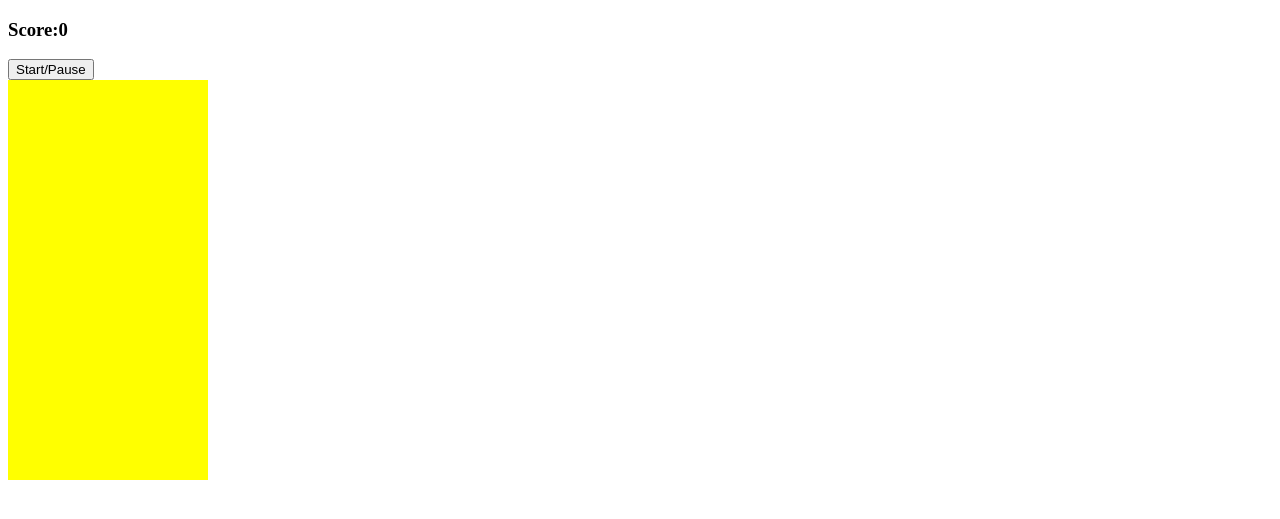
Repository: arkomz/INST377-Lab-Work
Page: client/tetris/index.html
The author's editor kept a copy of each file at every save. The page is drawn from the files as they stood at one save, then again after the next save.
The browser window is 1280 px wide. The pictures show the whole page.

Above is the page before, as saved 2021-10-06 21:32:19.

### client/tetris/index.html
<!DOCTYPE html>
<html lang="en" dir="ltr">
  <head>
    <meta charset="utf-8">
    <script src="script.js" charset="utf-8"></script>
    <link rel="stylesheet" href="style.css"></link>
    <title>Basic Tetris</title>
  </head>
  <body>

    <h3>Score:<span id="score">0</span></h3>
    <button id="start-button">Start/Pause</button>

    <div class="container">
      <div class="grid">
        <div></div>
        <div></div>
        <div></div>
        <div></div>
        <div></div>
        <div></div>
        <div></div>
        <div></div>
        <div></div>
        <div></div>
        <div></div>
        <div></div>
        <div></div>
        <div></div>
        <div></div>
        <div></div>
        <div></div>
        <div></div>
        <div></div>
        <div></div>
        <div></div>
        <div></div>
        <div></div>
        <div></div>
        <div></div>
        <div></div>
        <div></div>
        <div></div>
        <div></div>
        <div></div>
        <div></div>
        <div></div>
        <div></div>
        <div></div>
        <div></div>
        <div></div>
        <div></div>
        <div></div>
        <div></div>
        <div></div>
        <div></div>
        <div></div>
        <div></div>
        <div></div>
        <div></div>
        <div></div>
        <div></div>
        <div></div>
        <div></div>
        <div></div>
        <div></div>
        <div></div>
        <div></div>
        <div></div>
        <div></div>
        <div></div>
        <div></div>
        <div></div>
        <div></div>
        <div></div>
        <div></div>
        <div></div>
        <div></div>
        <div></div>
        <div></div>
        <div></div>
        <div></div>
        <div></div>
        <div></div>
        <div></div>
        <div></div>
        <div></div>
        <div></div>
        <div></div>
        <div></div>
        <div></div>
        <div></div>
        <div></div>
        <div></div>
        <div></div>
        <div></div>
        <div></div>
        <div></div>
        <div></div>
        <div></div>
        <div></div>
        <div></div>
        <div></div>
        <div></div>
        <div></div>
        <div></div>
        <div></div>
        <div></div>
        <div></div>
        <div></div>
        <div></div>
        <div></div>
        <div></div>
        <div></div>
        <div></div>
        <div></div>
        <div></div>
        <div></div>
        <div></div>
        <div></div>
        <div></div>
        <div></div>
        <div></div>
        <div></div>
        <div></div>
        <div></div>
        <div></div>
        <div></div>
        <div></div>
        <div></div>
        <div></div>
        <div></div>
        <div></div>
        <div></div>
        <div></div>
        <div></div>
        <div></div>
        <div></div>
        <div></div>
        <div></div>
        <div></div>
        <div></div>
        <div></div>
        <div></div>
        <div></div>
        <div></div>
        <div></div>
        <div></div>
        <div></div>
        <div></div>
        <div></div>
        <div></div>
        <div></div>
        <div></div>
        <div></div>
        <div></div>
        <div></div>
        <div></div>
        <div></div>
        <div></div>
        <div></div>
        <div></div>
        <div></div>
        <div></div>
        <div></div>
        <div></div>
        <div></div>
        <div></div>
        <div></div>
        <div></div>
        <div></div>
        <div></div>
        <div></div>
        <div></div>
        <div></div>
        <div></div>
        <div></div>
        <div></div>
        <div></div>
        <div></div>
        <div></div>
        <div></div>
        <div></div>
        <div></div>
        <div></div>
        <div></div>
        <div></div>
        <div></div>
        <div></div>
        <div></div>
        <div></div>
        <div></div>
        <div></div>
        <div></div>
        <div></div>
        <div></div>
        <div></div>
        <div></div>
        <div></div>
        <div></div>
        <div></div>
        <div></div>
        <div></div>
        <div></div>
        <div></div>
        <div></div>
        <div></div>
        <div></div>
        <div></div>
        <div></div>
        <div></div>
        <div></div>
        <div></div>
        <div></div>
        <div></div>
        <div class="taken"></div>
        <div class="taken"></div>
        <div class="taken"></div>
        <div class="taken"></div>
        <div class="taken"></div>
        <div class="taken"></div>
        <div class="taken"></div>
        <div class="taken"></div>
        <div class="taken"></div>
        <div class="taken"></div>
      </div>


      <div class="mini-grid">
        <div></div>
        <div></div>
        <div></div>
        <div></div>
        <div></div>
        <div></div>
        <div></div>
        <div></div>
        <div></div>
        <div></div>
        <div></div>
        <div></div>
        <div></div>
        <div></div>
        <div></div>
        <div></div>
      </div>


    </div>



  </body>
</html>

### client/tetris/script.js
document.addEventListener('DOMContentLoaded', () => {
    const grid = document.querySelector('.grid')
    let squares = Array.from(document.querySelectorAll('.grid div'))
    const scoreDisplay = document.querySelector('#score')
    const startBtn = document.querySelector('#start-button')
    const width = 10
    let nextRandom = 0
    let timerId
    let score = 0
    const colors = [
      'orange',
      'red',
      'purple',
      'green',
      'blue'
    ]


    const lTetromino = [
      [1, width+1, width*2+1, 2],
      [width, width+1, width+2, width*2+2],
      [1, width+1, width*2+1, width*2],
      [width, width*2, width*2+1, width*2+2]
    ]

    const zTetromino = [
      [0,width,width+1,width*2+1],
      [width+1, width+2,width*2,width*2+1],
      [0,width,width+1,width*2+1],
      [width+1, width+2,width*2,width*2+1]
    ]

    const tTetromino = [
      [1,width,width+1,width+2],
      [1,width+1,width+2,width*2+1],
      [width,width+1,width+2,width*2+1],
      [1,width,width+1,width*2+1]
    ]

    const oTetromino = [
      [0,1,width,width+1],
      [0,1,width,width+1],
      [0,1,width,width+1],
      [0,1,width,width+1]
    ]

    const iTetromino = [
      [1,width+1,width*2+1,width*3+1],
      [width,width+1,width+2,width+3],
      [1,width+1,width*2+1,width*3+1],
      [width,width+1,width+2,width+3]
    ]

    const theTetrominoes = [lTetromino, zTetromino, tTetromino, oTetromino, iTetromino]

    let currentPosition = 4
    let currentRotation = 0

    console.log(theTetrominoes[0][0])


    let random = Math.floor(Math.random()*theTetrominoes.length)
    let current = theTetrominoes[random][currentRotation]


    function draw() {
      current.forEach(index => {
        squares[currentPosition + index].classList.add('tetromino')
        squares[currentPosition + index].style.backgroundColor = colors[random]
      })
    }


    function undraw() {
      current.forEach(index => {
        squares[currentPosition + index].classList.remove('tetromino')
        squares[currentPosition + index].style.backgroundColor = ''

      })
    }


    function control(e) {
      if(e.keyCode === 37) {
        moveLeft()
      } else if (e.keyCode === 38) {
        rotate()
      } else if (e.keyCode === 39) {
        moveRight()
      } else if (e.keyCode === 40) {
        moveDown()
      }
    }
    document.addEventListener('keyup', control)


    function moveDown() {
      undraw()
      currentPosition += width
      draw()
      freeze()
    }


    function freeze() {
      if(current.some(index => squares[currentPosition + index + width].classList.contains('taken'))) {
        current.forEach(index => squares[currentPosition + index].classList.add('taken'))

        random = nextRandom
        nextRandom = Math.floor(Math.random() * theTetrominoes.length)
        current = theTetrominoes[random][currentRotation]
        currentPosition = 4
        draw()
        displayShape()
        addScore()
        gameOver()
      }
    }


    function moveLeft() {
      undraw()
      const isAtLeftEdge = current.some(index => (currentPosition + index) % width === 0)
      if(!isAtLeftEdge) currentPosition -=1
      if(current.some(index => squares[currentPosition + index].classList.contains('taken'))) {
        currentPosition +=1
      }
      draw()
    }


    function moveRight() {
      undraw()
      const isAtRightEdge = current.some(index => (currentPosition + index) % width === width -1)
      if(!isAtRightEdge) currentPosition +=1
      if(current.some(index => squares[currentPosition + index].classList.contains('taken'))) {
        currentPosition -=1
      }
      draw()
    }



    function isAtRight() {
      return current.some(index=> (currentPosition + index + 1) % width === 0)
    }

    function isAtLeft() {
      return current.some(index=> (currentPosition + index) % width === 0)
    }

    function checkRotatedPosition(P){
      P = P || currentPosition
      if ((P+1) % width < 4) {
        if (isAtRight()){
          currentPosition += 1
          checkRotatedPosition(P)
          }
      }
      else if (P % width > 5) {
        if (isAtLeft()){
          currentPosition -= 1
        checkRotatedPosition(P)
        }
      }
    }

    //rotate the tetromino
    function rotate() {
      undraw()
      currentRotation ++
      if(currentRotation === current.length) {
        currentRotation = 0
      }
      current = theTetrominoes[random][currentRotation]
      checkRotatedPosition()
      draw()
    }
    /////////




    const displaySquares = document.querySelectorAll('.mini-grid div')
    const displayWidth = 4
    const displayIndex = 0



    const upNextTetrominoes = [
      [1, displayWidth+1, displayWidth*2+1, 2],
      [0, displayWidth, displayWidth+1, displayWidth*2+1],
      [1, displayWidth, displayWidth+1, displayWidth+2],
      [0, 1, displayWidth, displayWidth+1],
      [1, displayWidth+1, displayWidth*2+1, displayWidth*3+1]
    ]


    function displayShape() {

      displaySquares.forEach(square => {
        square.classList.remove('tetromino')
        square.style.backgroundColor = ''
      })
      upNextTetrominoes[nextRandom].forEach( index => {
        displaySquares[displayIndex + index].classList.add('tetromino')
        displaySquares[displayIndex + index].style.backgroundColor = colors[nextRandom]
      })
    }


    startBtn.addEventListener('click', () => {
      if (timerId) {
        clearInterval(timerId)
        timerId = null
      } else {
        draw()
        timerId = setInterval(moveDown, 1000)
        nextRandom = Math.floor(Math.random()*theTetrominoes.length)
        displayShape()
      }
    })


    function addScore() {
      for (let i = 0; i < 199; i +=width) {
        const row = [i, i+1, i+2, i+3, i+4, i+5, i+6, i+7, i+8, i+9]

        if(row.every(index => squares[index].classList.contains('taken'))) {
          score +=10
          scoreDisplay.innerHTML = score
          row.forEach(index => {
            squares[index].classList.remove('taken')
            squares[index].classList.remove('tetromino')
            squares[index].style.backgroundColor = ''
          })
          const squaresRemoved = squares.splice(i, width)
          squares = squaresRemoved.concat(squares)
          squares.forEach(cell => grid.appendChild(cell))
        }
      }
    }


    function gameOver() {
      if(current.some(index => squares[currentPosition + index].classList.contains('taken'))) {
        scoreDisplay.innerHTML = 'end'
        clearInterval(timerId)
      }
    }

  })

### client/tetris/style.css
.container {
    display: flex;
  }


  .grid {
    width: 200px;
    height: 400px;
    display: flex;
    flex-wrap: wrap;
    background-color: yellow;
  }

  .grid div {
    height: 20px;
    width: 20px;
  }

  .tetromino {
    background-color: blue;
  }

After the next save:
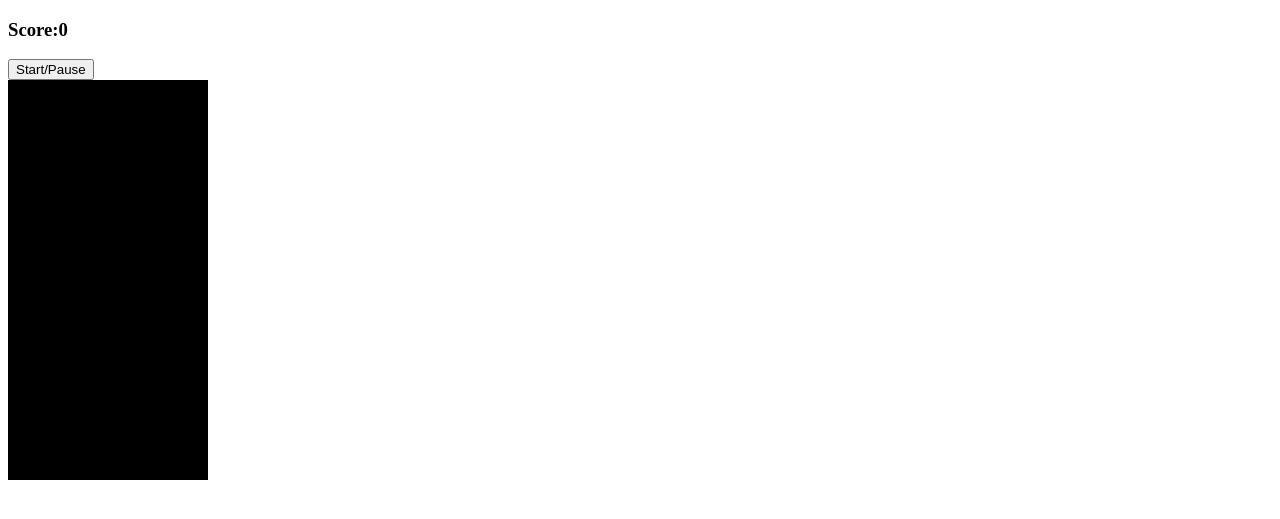
Saved 40 s later.
--- a/client/tetris/style.css
+++ b/client/tetris/style.css
@@ -8,7 +8,7 @@
     height: 400px;
     display: flex;
     flex-wrap: wrap;
-    background-color: yellow;
+    background-color: black;
   }
 
   .grid div {
